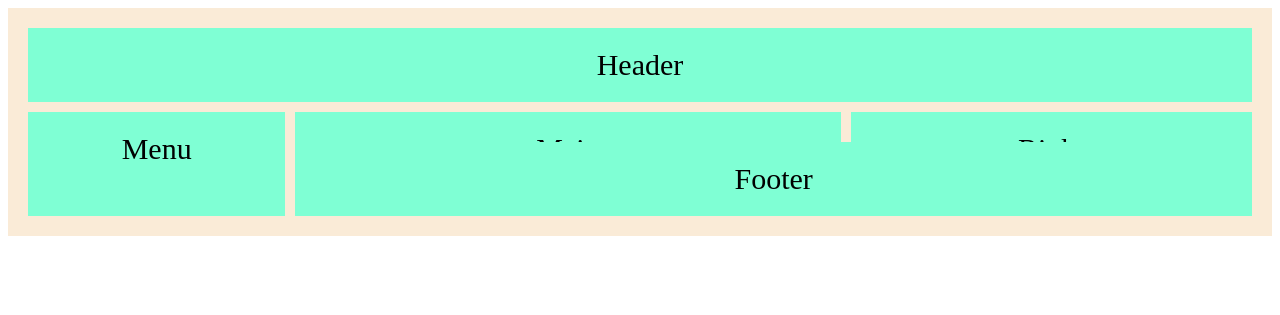
Repository: Thonghehe/Lab1_WEB106
Page: index11.html
An editor plug-in stored every save of this project. The page is shown before and after the next save, followed by the edit.
The browser window is 1280 px wide. The pictures show the whole page.

Above is the page before, as saved 2024-03-05 17:38:12.

After the next save:
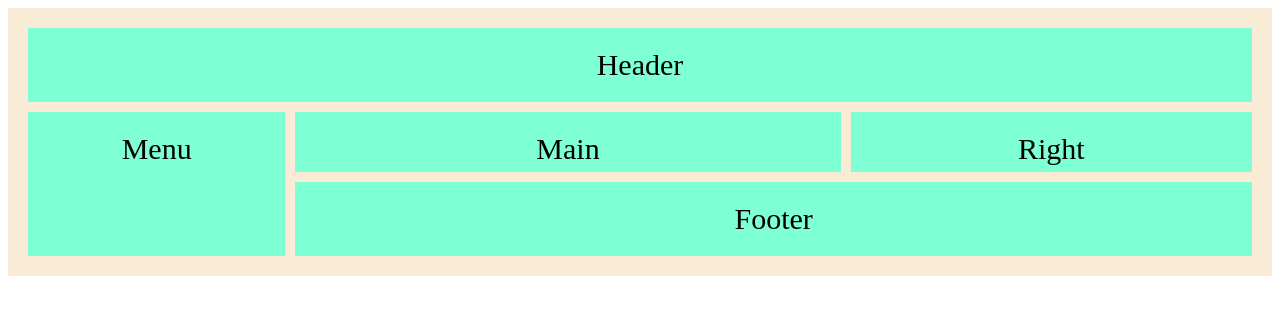
Saved 4 s later.
--- a/style.css
+++ b/style.css
@@ -28,7 +28,7 @@
     padding: 20px;
     background-color: antiquewhite;
     grid-template-columns: auto;
-    grid-template-rows: auto 20px;
+    grid-template-rows: auto 60px;
     /* justify-content: space-between; */
     /* align-content: space-around; */
 
